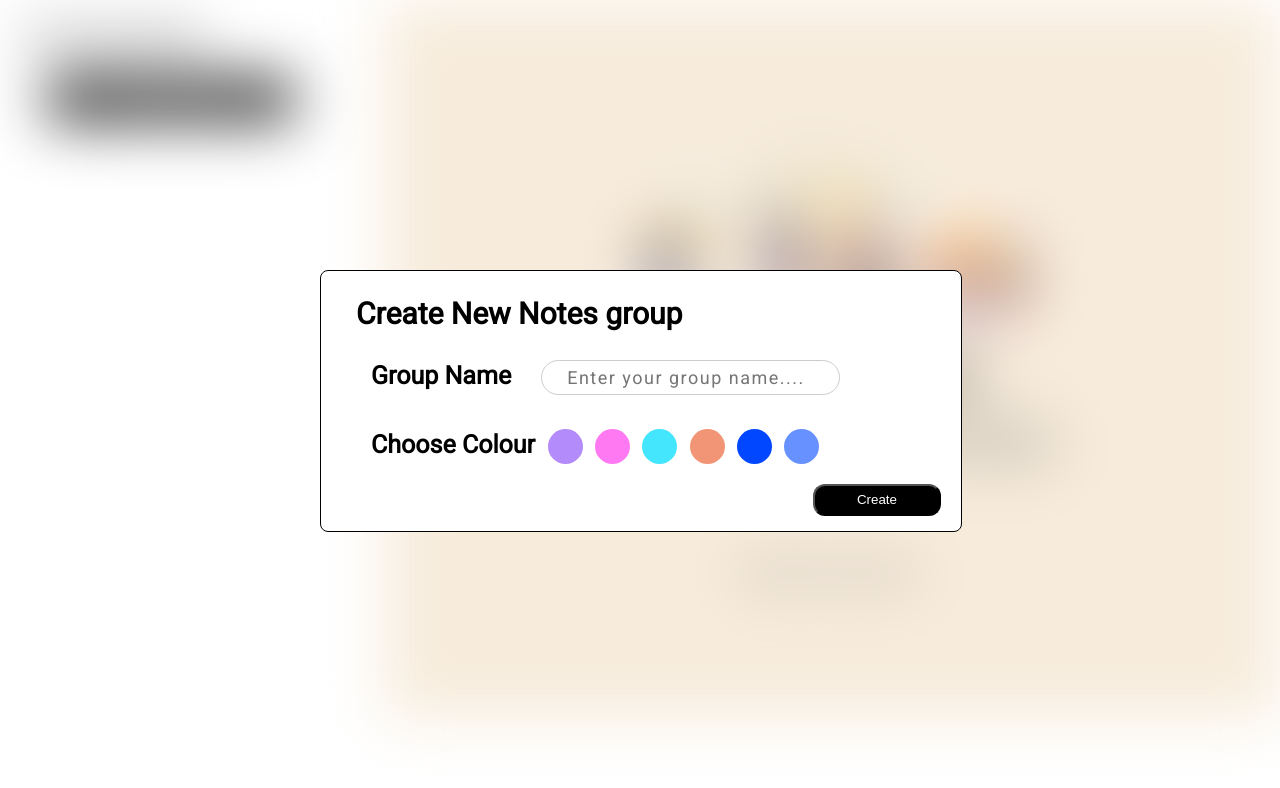
Repository: aparna129/NotesApp
Page: /, after clicking the first element matching `button.btn`
An editor plug-in stored every save of this project. The page is shown before and after the next save, followed by the edit.
The browser window is 1280 px wide. The pictures show the whole page.
The project was rebuilt for these pictures with package versions that can differ from the ones it lists, and the page was loaded fresh each time.

Above is the page before, as saved 2023-11-08 22:10:47.

After the next save:
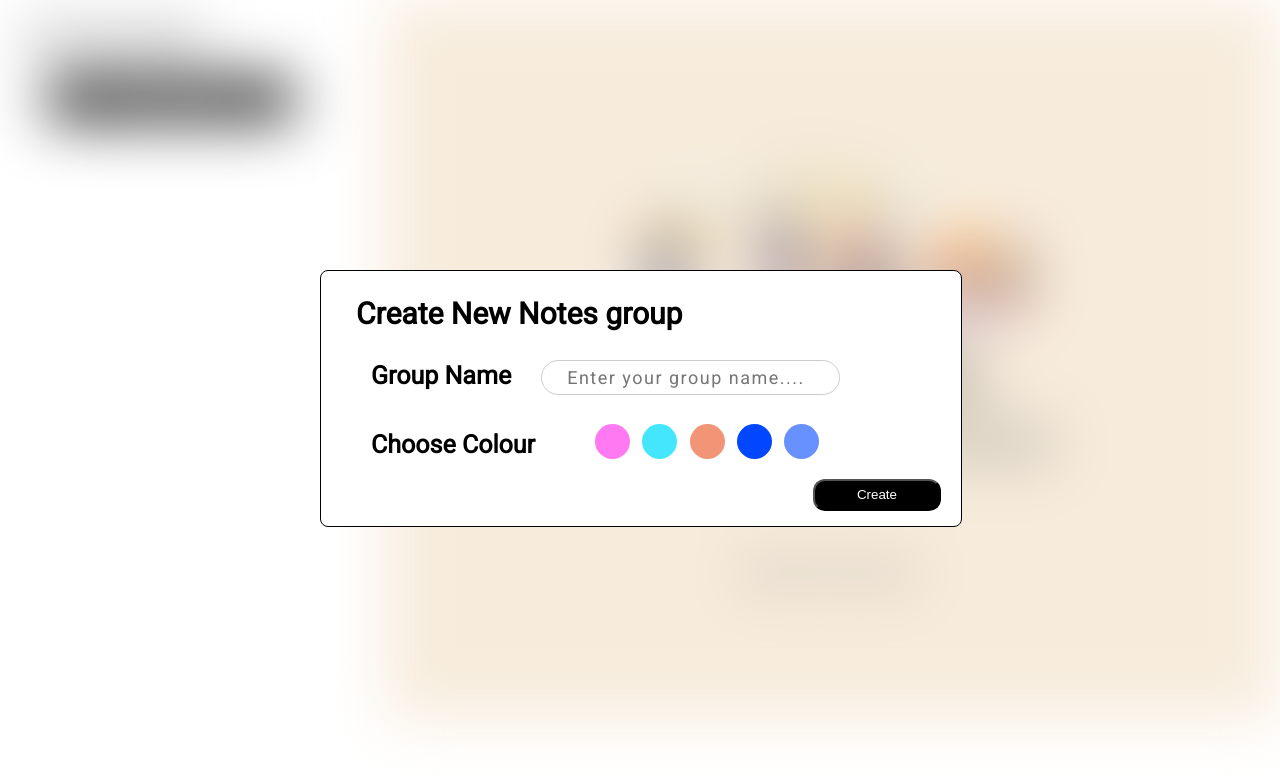
Saved 66 s later.
--- a/src/Notes.css
+++ b/src/Notes.css
@@ -117,7 +117,7 @@
   display: inline;
 }
 .circle1 {
-  height: 35px;
+  height: 10%;
   width: 35px;
   border-radius: 100px;
   background-color: #b38bfa;
